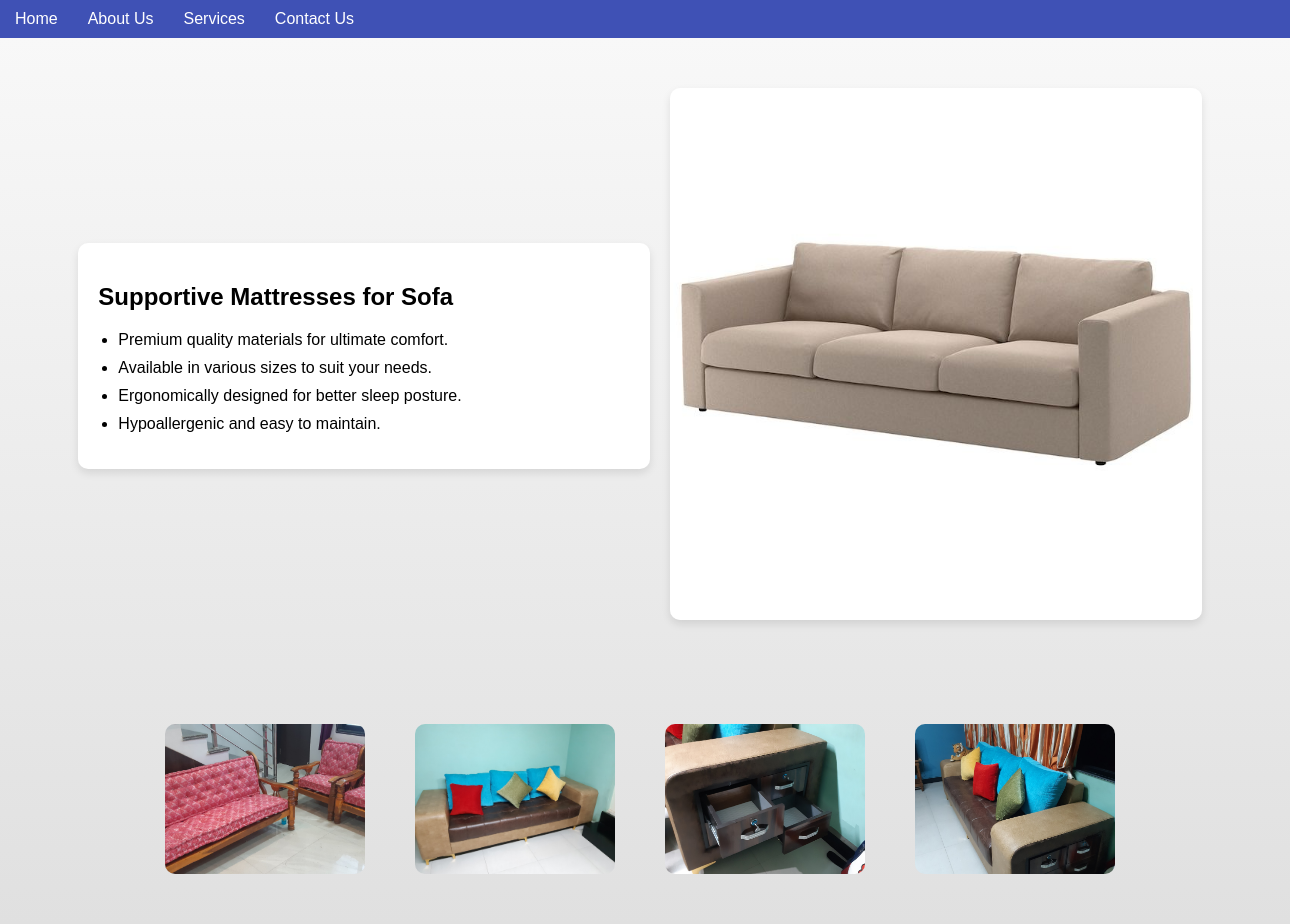
Repository: nadafgroup/rashidgadiUI
Page: src/sofa.html
These files come from the project's save history. The page is drawn as it stood at one moment and after a run of saves; the edit follows.
The browser window is 1280 px wide. The page is 1290 px wide, then 1280 px, so the pictures cover 1290 px, including what lies to the right of the window. The pictures show the whole page.

Above is the page before, as saved 2025-01-23 16:15:58.

After the next 2 saves:
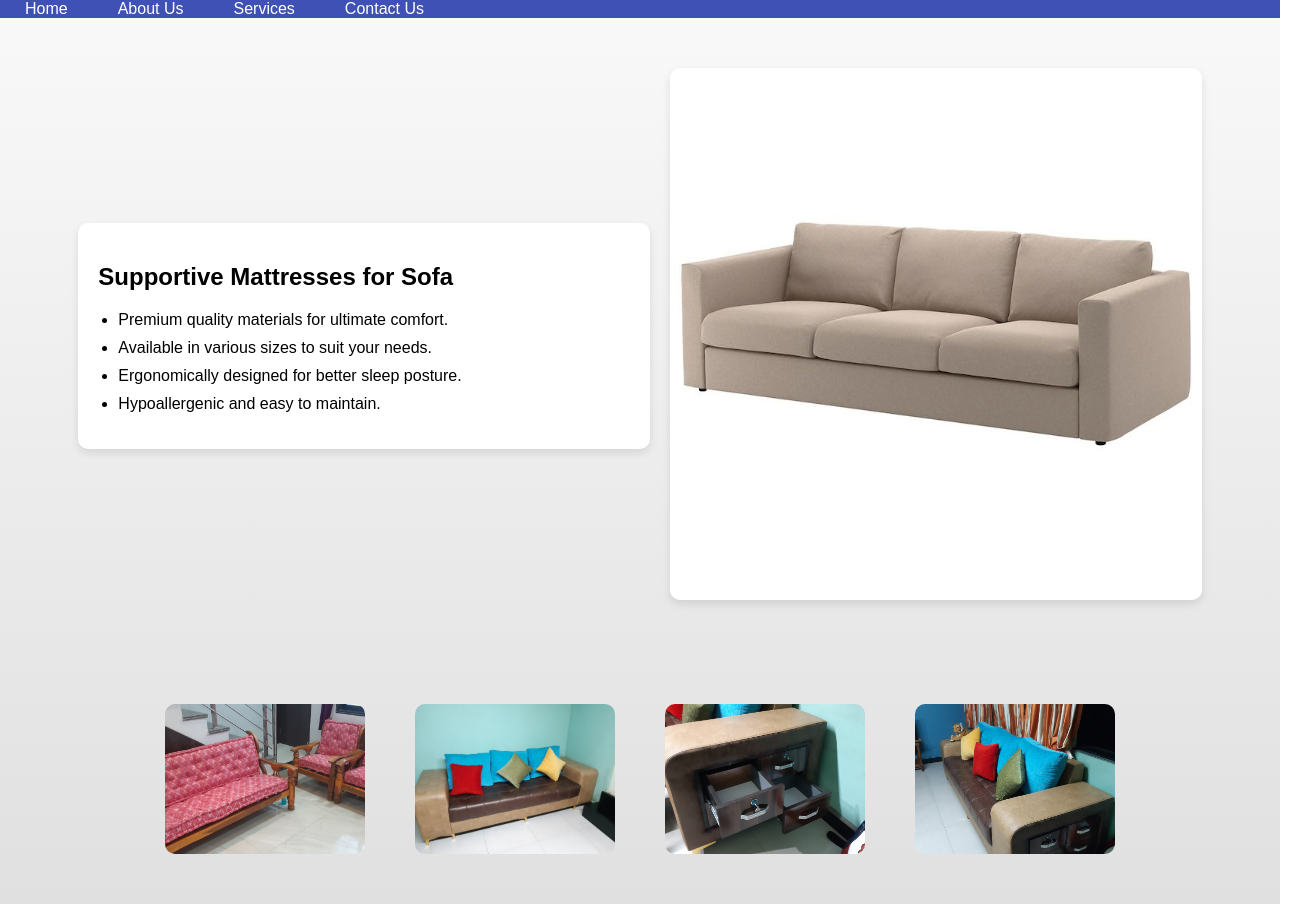
The 2 saves are shown as one change because they came seconds apart.
The last was saved 12 s later.
--- a/src/products.css
+++ b/src/products.css
@@ -10,7 +10,7 @@ body {
 header {
     width:100%;
 
-    padding: 10px;
+    padding: 0px;
     display: flex;
     justify-content: space-between;
     align-items: center;
@@ -33,7 +33,7 @@ header {
 .nav-right ul li a {
     text-decoration: none;
     color: white;
-    /* padding: 10px; */
+    padding: 10px;
     transition: 0.3s;
 }
 
